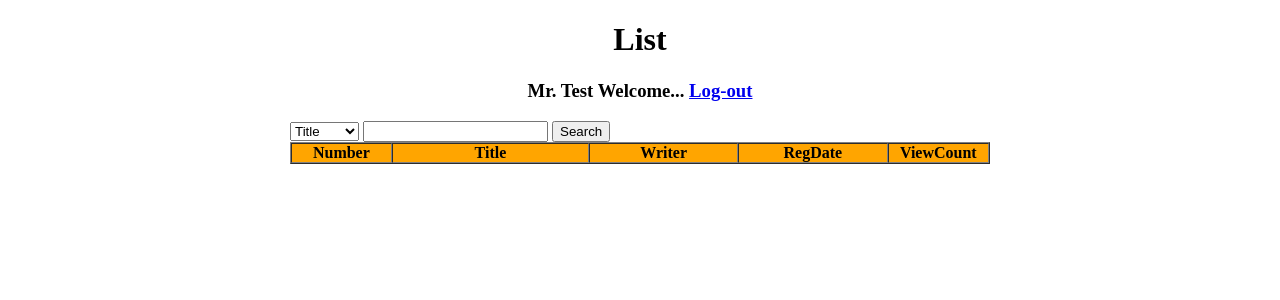
Repository: kevin1229/springTest
Page: http://localhost/BoardWeb/getBoardList.jsp
These files come from the project's save history. The page is drawn as it stood at one moment and after the next save; the edit follows.
The browser window is 1280 px wide. The pictures show the whole page.
The page is served by Tomcat 9. Queries for data that is not in the repository find no rows.

Above is the page before, as saved 2020-03-31 13:46:44.

After the next save:
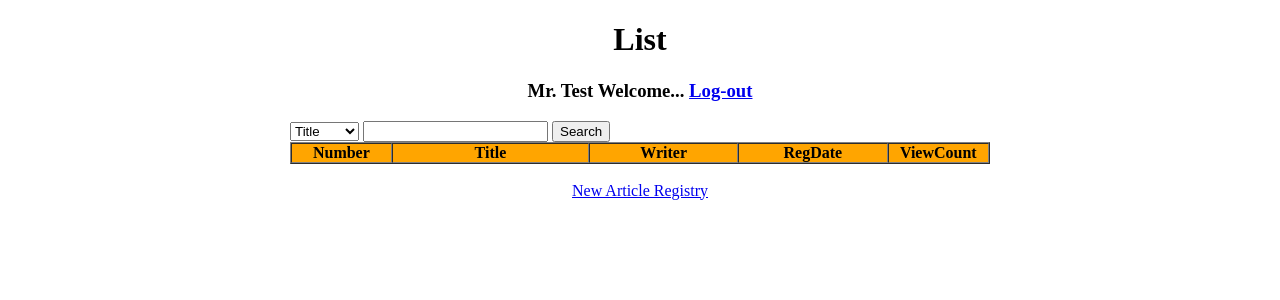
Saved 43 s later.
--- a/BoardWeb/src/main/webapp/getBoardList.jsp
+++ b/BoardWeb/src/main/webapp/getBoardList.jsp
@@ -56,6 +56,8 @@
 			</tr>
 			<%}%>
 		</table>
+		<br>
+			<a href="insertBoard.jsp">New Article Registry</a>
 	</center>
 </body>
 </html>
